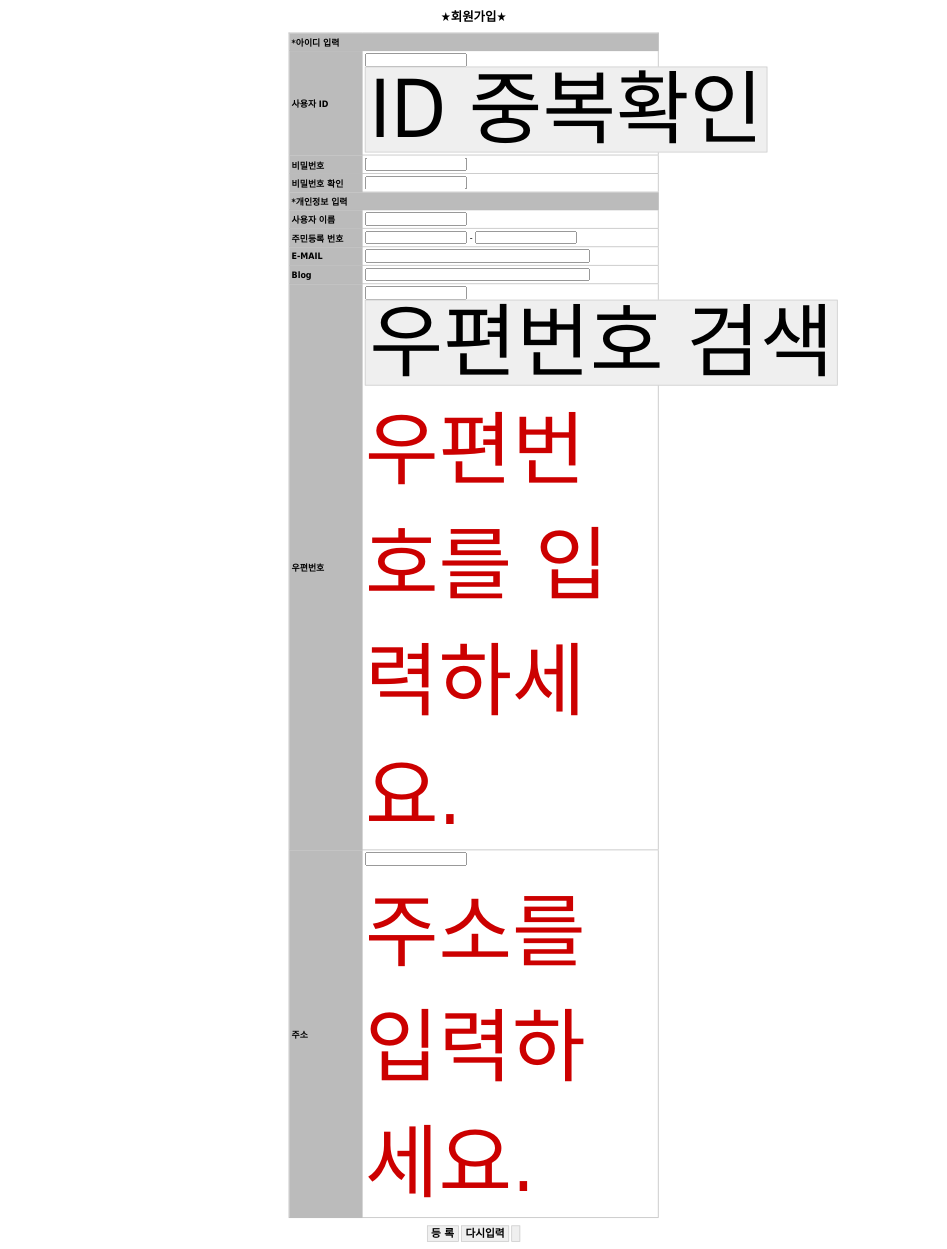
Repository: eParkjongtaek/lovedisket
Page: http://localhost/KH18_1/0904/inputForm.jsp
An editor plug-in stored every save of this project. The page is shown before and after the next save, followed by the edit.
The browser window is 1280 px wide. The pictures show the whole page, at 74% of full size.
The page is served by Tomcat 9. Other server files are loaded and not shown.

Above is the page before, as saved 2017-09-04 04:35:56.

### source/KH18_1/WebContent/0904/inputForm.jsp
<%@ page language="java" contentType="text/html; charset=EUC-KR"
    pageEncoding="EUC-KR"%>
<!DOCTYPE html PUBLIC "-//W3C//DTD HTML 4.01 Transitional//EN" "http://www.w3.org/TR/html4/loose.dtd">
<html>
<head>
<meta http-equiv="Content-Type" content="text/html; charset=EUC-KR">
<title>회원가입</title>
<link href="style.css" rel="stylesheet" type="text/css" />

<script type="text/javascript">

function checkIt()
{
	var userinput = eval("document.userinput");
	if(!userinput.id.value)
	{
		alert("ID를 입력하세요!");
		return false;
	}

	if(!userinput.passwd.value)
	{
		alert("비밀번호를 입력하세요!");
		return false;
	}

	if(userinput.passwd.value != userinput.passwd2.value)
	{
		alert("비밀번호가 같아요~");
		return false;
	}

	if(!userinput.name.value)
	{
		alert("이름을 입력하세요!");
		return false;
	}

	if(!userinput.jumin1.value || !userinput.jumin2.value)
	{
		alert("주민등록번호를 입력하세요!");
		return false;
	}


}

</script>

</head>
<body>
<div id="wrap">
	<form action="inputPro.jsp" name="userinput" onsubmit="return checkIt();" method="post">

		<h1>★회원가입★</h1>
		<div id="body">

			<table width="500px;">

				<colgroup>
					<col width="20%"/>
					<col width="*"/>
				</colgroup>

				<tr>
					<th colspan="2" class="subTitle">*아이디 입력</th>
				</tr>
				<tr>
					<th>사용자 ID</th>
					<td>
						<input type="text" name="id" maxlength="12" />
						<input type="button" name="confirm_id" value="ID 중복확인" class="inputBtn" onclick="javascript:openConfirmid(this.form);" />
					</td>
				</tr>
				<tr>
					<th>비밀번호</th>
					<td>
						<input type="password" name="passwd" maxlength="12" />
					</td>
				</tr>
				<tr>
					<th>비밀번호 확인</th>
					<td>
						<input type="password" name="passwd2" maxlength="12" />
					</td>
				</tr>
				<tr>
					<th colspan="2" class="subTitle">*개인정보 입력</th>
				</tr>
				<tr>
					<th>사용자 이름</th>
					<td><input type="text" name="name" maxlength="10" />
				</tr>
				<tr>
					<th>주민등록 번호</th>
					<td>
						<input type="text" name="jumin1" maxlength="6" /> -
						<input type="password" name="jumin2" maxlength="7" />
					</td>
				</tr>
				<tr>
					<th>E-MAIL</th>
					<td>
						<input type="text" name="email" class="w300" maxlength="30" />
					</td>
				</tr>
				<tr>
					<th>Blog</th>
					<td>
						<input type="text" name="blog" class="w300" maxlength="50" />
					</td>
				</tr>
				<tr>
					<th>우편번호</th>
					<td>
						<input type="text" name="zipcode" /><input type="button" value="우편번호 검색" class="inputBtn" onclick="javascript:zipCheck();" />
						<span>우편번호를 입력하세요.</span>
					</td>
				</tr>
				<tr>
					<th>주소</th>
					<td>
						<input type="text" name="address" class="w380" />
						<span class="descB">주소를 입력하세요.</span>
					</td>
				</tr>
			</table>
		</div>
		<div id="footer">
			<input type="submit" name="confirm" class="inputBtn" value="등 록" />
			<input type="reset" name="reset" class="inputBtn" value="다시입력" />
			<input type="button" class="inputBtn" onclick="javascript:window.location='main.jsp'" />
		</div>

	</form>
</div>
</body>
</html>

### source/KH18_1/WebContent/0904/style.css
* {padding:0;margin:0;}
html {font-family: Tahoma, Dotum, "돋움"; font-size: 0.75em; }
body {font-size:1em;text-align:center;}
#wrap {width:500px; margin:0 auto; text-align:left;}
#footer {text-align:center; padding:10px 0;}
#footer input {vertical-align:middle;}
fieldset {border:none;}
legend {display:none; visibility:hidden;}
table {table-layout: fixed; border-collapse: collapse; padding: 0; border-style:solid; border-width:1px 1px 0 1px; border-color:#bbb;}
th {text-align:left; padding:3px; border-collapse:0; border-style:solid; border-width:0 0 1px 0;border-color:#bbb; background:#bbb;}
td {text-align:left; border-collapse:0; border-style:solid; border-width:0 0 1px 0; border-color:#bbb;padding:3px;}
input {font-family:Tahoma, Dotum, "돋움"; font-size:1em;}
td span {font-size:9em; color:#cc0000;}
h1 {font-size:1.4em; text-align:center; padding:10px 0;}
.w300 {width:300px;}
.w380 {wdith:380px;}
.descB {padding:2px 0; display:block;}
th .subTitle {color:#339900; background:#fff !important; padding:8px 0 8px 5px;}
.inputBtn {border:1px solid #ccc; padding:3px 5px; line-height:1em; font-size:9em;}
#footer .inputBtn {font-size:1.2em; font-weight:bold;}

After the next save:
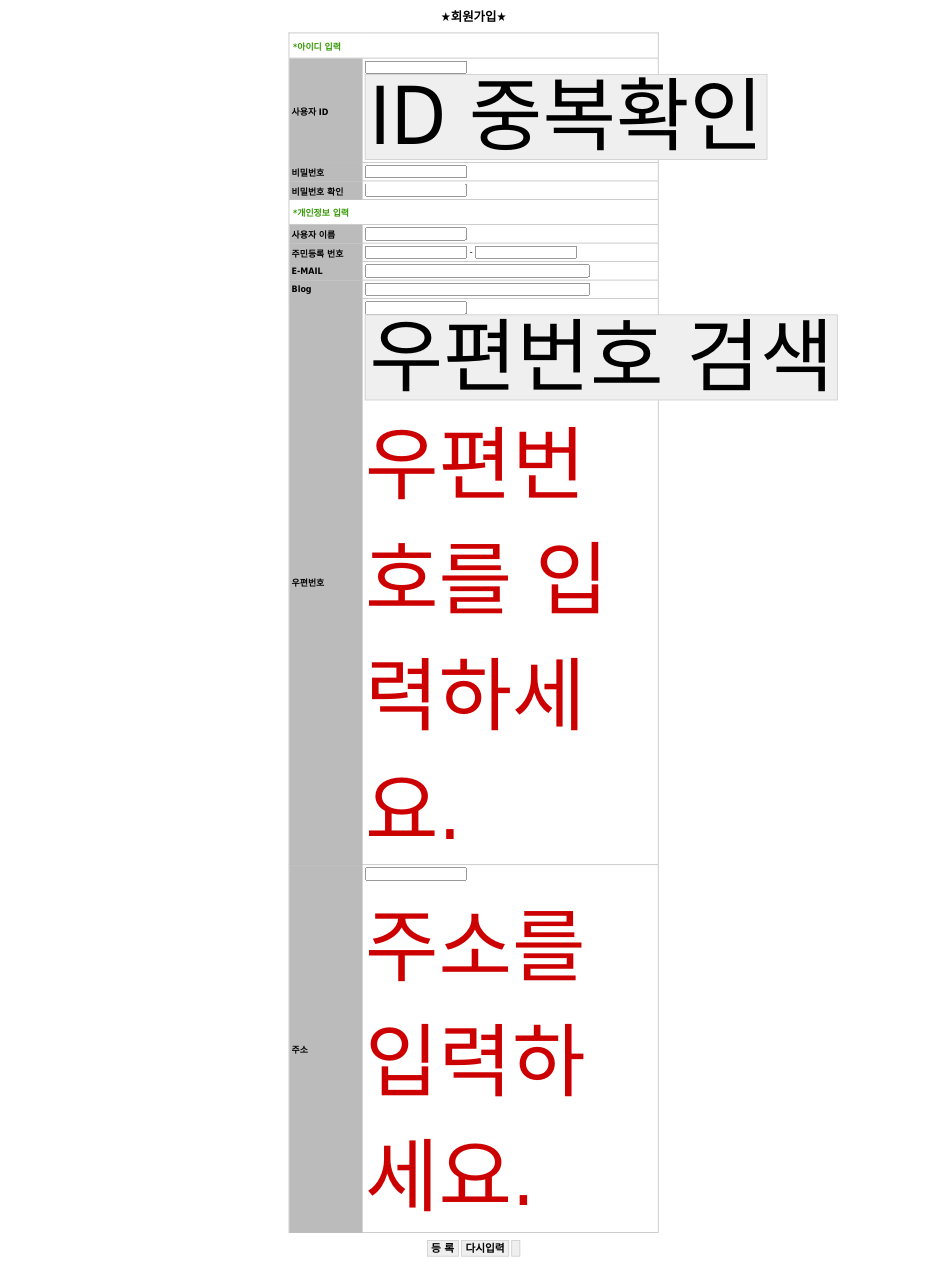
Saved 111 s later.
--- a/source/KH18_1/WebContent/0904/style.css
+++ b/source/KH18_1/WebContent/0904/style.css
@@ -15,6 +15,6 @@ h1 {font-size:1.4em; text-align:center; padding:10px 0;}
 .w300 {width:300px;}
 .w380 {wdith:380px;}
 .descB {padding:2px 0; display:block;}
-th .subTitle {color:#339900; background:#fff !important; padding:8px 0 8px 5px;}
+th.subTitle {color:#339900; background:#fff !important; padding:8px 0 8px 5px;}
 .inputBtn {border:1px solid #ccc; padding:3px 5px; line-height:1em; font-size:9em;}
 #footer .inputBtn {font-size:1.2em; font-weight:bold;}
